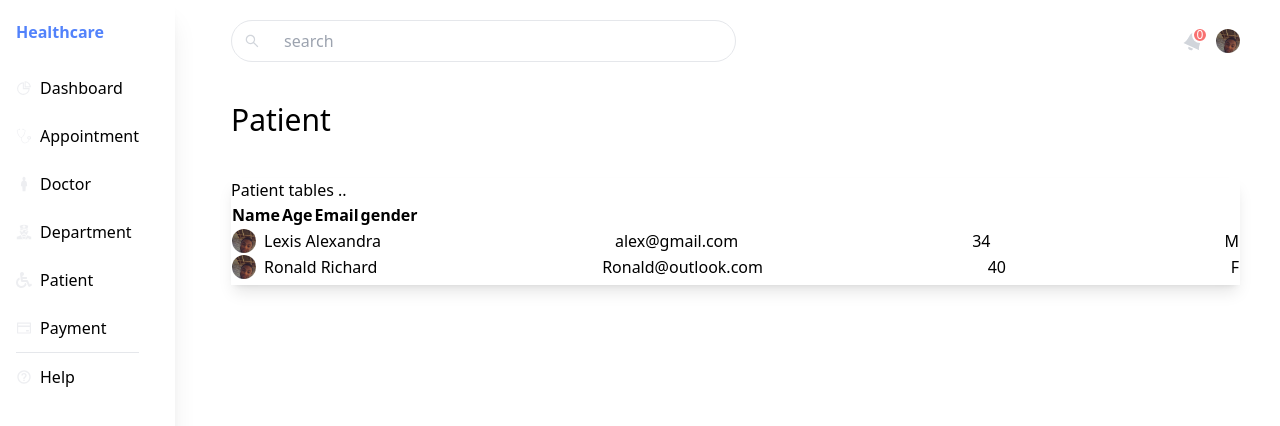
Repository: hisreal123/healthcare-dashboard
Page: /patient
These files come from the project's save history. The page is drawn as it stood at one moment and after the next save; the edit follows.
The browser window is 1280 px wide. The pictures show the whole page.
The project was rebuilt for these pictures with package versions that can differ from the ones it lists, and the page was loaded fresh each time. Also part of the build but not shown: vite.config.ts, src/routes/Error.tsx, src/views/Dashboard.tsx, components/tables/AppointementTable.tsx, src/views/Appointment.tsx, src/views/Doctor.tsx, src/views/Department.tsx, src/views/Payment.tsx and 1 more.

Above is the page before, as saved 2023-05-05 19:06:23.

### src/main.tsx
import React from 'react'
import ReactDOM from 'react-dom/client'
import App from './App.tsx'
import './index.css'


ReactDOM.createRoot(document.getElementById('root') as HTMLElement).render(
  <React.StrictMode>
    <App />
  </React.StrictMode>,
)

### src/App.tsx
import React from "react"
import {
  createBrowserRouter,
  RouterProvider,
} from "react-router-dom";
import Navigation from "../components/Navigation";
import Error from "./routes/Error";
import Dashboard from "./views/Dashboard";
import Appointment from "./views/Appointment";
import Doctor from "./views/Doctor";
import Department from "./views/Department";
import Patient from "./views/Patient";
import Payment from "./views/Payment";
import Help from "./views/Help";
import { Provider } from "react-redux";
import store from '../redux/store';

const router = createBrowserRouter([
  {
    path: "/",
    element: <Navigation />,
    errorElement: <Error />,

    children: [
      {
        path: "/dashboard",
        element: <Dashboard />,
      },
      {
        path: "/appointment",
        element: <Appointment />,
      },
      {
        path: "/doctor",
        element: <Doctor />,
      },
      {
        path: "/department",
        element: <Department />,
      },
      {
        path: "/patient",
        element: <Patient />,
      },
      {
        path: "/payment",
        element: <Payment />,
      },
      {
        path: "/help",
        element: <Help />,
      },
    ]

  }
]);



function App() {
  return (
    <Provider store={store}>
      <RouterProvider router={router} />
    </Provider>
  )
}

export default App

### components/Navigation.tsx
import { Outlet } from "react-router-dom";
import { list } from "../src/data/Links";

export default function Navigation() {

    return (
        <>
            <section className="flex space-x-4">
                <div id="sidebar" className="  h-screen shadow-xl group">
                    <div className="px-4 ">

                        {/* logo */}
                        <div >
                            <h1 className="py-5 text-[#5282FB] font-bold">Healthcare</h1>
                        </div>

                        {/* nav */}
                        <nav className="relative pr-5 ">
                            <ul className="relative">
                                {list.map((list, index) => {
                                    return (
                                        <li key={index} className="flex space-x-2 items-center py-3 last:border-t ">
                                            <span className="text-gray-200/70 text-md ">{list.icon}</span>
                                            <a href={`./${list.link}`} className="focus:text-[#5282FB] ">{list.name}</a>
                                        </li>
                                    )
                                })}
                            </ul>
                        </nav>
                    </div>
                </div>
                <div id="detail" className="relative w-full"><Outlet /></div>
            </section>
        </>
    );
}

### src/views/Patient.tsx
import React from 'react'
import ProfileHeader from '../../components/holders/ProfileHeader'
import PatientTable from '../../components/tables/PatientsTable'


export default function Patient() {
    return (
        <>
            <section
                className=" px-10 pt-5 w-full relative">
                <ProfileHeader />

                <main className="div mt-10">
                    <h1 className='lg:text-3xl'> Patient</h1>
                    <PatientTable />
                </main>
            </section>
        </>
    )
}

### redux/store.js
import { configureStore } from "@reduxjs/toolkit";
import AppointmentReducer from "./slices/Appointment";
import patientsReducer from "./slices/Patient";



const store = configureStore({
    reducer : {
        appointments:  AppointmentReducer,
        patients:  patientsReducer,
    }
})


export default store

### src/data/Links.tsx
import { Home, BarChart2 } from 'react-feather';
import { GiStethoscope, GiPerson, GiNurseMale } from 'react-icons/gi'
import { FaWheelchair } from 'react-icons/fa'
import { AiOutlineCreditCard, AiOutlinePieChart } from 'react-icons/ai'
import { BiHelpCircle } from 'react-icons/bi'


type Class  = {
    id: number,
    icon: any,
    name:  string,
    link: string
}


export const list: Class[]= [
    {
        id: 1,
        icon: <AiOutlinePieChart />,
        name: 'Dashboard',
        link: './dashboard',
    },
    {
        id: 2,
        icon: <GiStethoscope />,
        name: 'Appointment',
        link: './Appointment',
    },
    {
        id: 3,
        icon: <GiPerson />,
        name: 'Doctor',
        link: './doctor',
    },
    {
        id: 4,
        icon: <GiNurseMale />,
        name: 'Department',
        link: './department',
    },
    {
        id: 5,
        icon: <FaWheelchair />,
        name: 'Patient',
        link: './patient',
    },
    {
        id: 6,
        icon: <AiOutlineCreditCard />,
        name: 'Payment',
        link: './payment',
    },
    {
        id: 7,
        icon: <BiHelpCircle />,
        name: 'Help',
        link: './help',
    },
]

### components/holders/ProfileHeader.tsx
import React from 'react'
import SearchBar from '../Misc/SearchBar'
import { BsFillBellFill } from 'react-icons/bs'



type ImageWrapperProp = {
    ImageWrapperStyle?: string
}
export const ImageWrapper = ({ ImageWrapperStyle }: ImageWrapperProp) => {
    return (
        <>
            <div className={` ${ImageWrapperStyle} cursor-pointer h-6 w-6 overflow-hidden rounded-full bg-black hover:h-6 hover:w-6`}>
                <img src='./profile.jpg' alt="" className='object-center ' />
            </div>
        </>
    )
}


export default function ProfileHeader() {

    const count = 0
    return (
        <>
            <section className='flex items-center justify-between relative w-full'>

                <SearchBar />

                <div className="right flex  items-center space-x-3">

                    <span className='relative group'>
                        <BsFillBellFill className=" cursor-pointer text-xl text-gray-300 rotate-[25deg] group-hover:text-gray-400" />
                        <span className=" cursor-pointer absolute -top-1 -right-1 text-xs text-white border-2 border-white  bg-red-400  group-hover:bg-red-600 rounded-full h-4 w-4  flex items-center  justify-center">
                            {count}
                        </span>
                    </span>


                    <ImageWrapper ImageWrapperStyle='' />
                </div>
            </section>
        </>
    )
}

### components/tables/PatientsTable.tsx
import React, { Fragment } from 'react'
import { useSelector } from 'react-redux'
import { selectAllPatient } from '../../redux/slices/Patient'
import { ImageWrapper } from '../holders/ProfileHeader'


type PatientTableProps = {
    patientStyle?: string
}


export default function PatientTable({ patientStyle }: PatientTableProps) {

    const patients: any = useSelector(selectAllPatient);
    console.log(patients)


    const PatientList = patients.map((patient: any, index: number) => {
        return (
            <>
                <tr key={index} className="flex-1 w-full flex relative justify-between">
                    <td className='flex item-center space-x-2'>
                        <ImageWrapper />
                        <span>
                            {patient.name}
                        </span>
                    </td>
                    <td>{patient.email}</td>
                    <td>{patient.age}</td>
                    <td>{patient.gender}</td>
                </tr>
            </>
        )
    })


    const PTable = () => {
        return (
            <>
                <table className="relative w-full  inline-block">
                    <tr className='flex-1 w-fullflex relative justify-between'>
                        <th>Name</th>
                        <th>Age</th>
                        <th>Email</th>
                        <th>gender</th>
                    </tr>
                    {PatientList}
                </table>
            </>
        )
    }


    return (
        <>
            <section className={`${patientStyle} mt-10 bg-white shadow-lg relative`}>
                <h1> Patient tables ..</h1>
                <PTable />
            </section>
        </>
    )
}

### redux/slices/Appointment.js
import { createSlice } from "@reduxjs/toolkit";
import { sub } from "date-fns";

// const GENDER =  'M' || 'F',

// const userType = {
//     id: String,
//     name: String,
//     gender: String,
//     age: Number,
//     email:String
// }


const initialState = [

]



const appointmentsSlice = createSlice({
    name: 'appointments',
    initialState,
    reducers : {
        createAppointment (state, action ){
            state.push(action.payload)
        }
    }
})


export const createAppointment = appointmentsSlice.actions
export default appointmentsSlice.reducer

### redux/slices/Patient.js
import { createSlice } from "@reduxjs/toolkit";

const initialState = [
    {
        id:'1',
        image: '../profile.jpg',
        name: 'Lexis Alexandra',
        gender: 'M',
        age: 34,
        email: 'alex@gmail.com'
    },
    {
        id:'2',
        image: '../profile.jpg',
        name: 'Ronald Richard',
        gender: 'F',
        age: 40,
        email: 'Ronald@outlook.com'
    },
];

const patientsSlice = createSlice({
    name: 'patients',
    initialState,
    reducers: {
        addPatient(state, action) {
            state.push(action.payload);
        },
    },
});

export const selectAllPatient = (state) => state.patients;
export const { addPatient } = patientsSlice.actions;
export default patientsSlice.reducer;

### components/Misc/SearchBar.tsx
import React from 'react'
import { AiOutlineSearch } from 'react-icons/ai'

type SearchProps = {
    SearchStyle?: string
}

export default function SearchBar({ SearchStyle }: SearchProps) {
    const [name, setName] = React.useState('');



    const handleSearchClicked = (e: any) => {
        setName(e.target.value)
        console.log(name)
    }

    const handleFormSearch = (e: any) => {
        e.preventDefault()
        console.log(name)

        setName('')
    }
    return (
        <>
            <div className="search flex rounded-3xl overflow-hidden border items-center  w-1/2 ">
                <form className='flex items-center' onSubmit={handleFormSearch}>
                    <span className='px-3 relative'>
                        <AiOutlineSearch className="text-gray-300" onClick={handleSearchClicked} />
                    </span>
                    <input
                        type="text"
                        placeholder='search'
                        className={`${SearchStyle}  outline-none w-full py-2 pl-3 `}
                        aria-expanded
                        value={name}
                        onChange={handleSearchClicked}
                    />
                </form>
            </div>
        </>
    )
}

### tailwind.config.js
/** @type {import('tailwindcss').Config} */
export default {
   content: [
    "./index.html",
    "./src/**/*.{js,ts,jsx,tsx}",
    "./components/**/*.{js,ts,jsx,tsx}",
  ],
  theme: {
    extend: {},
  },
  plugins: [],
}

Loaded but not shown: index.html (common file); src/index.css (common file)

After the next save:
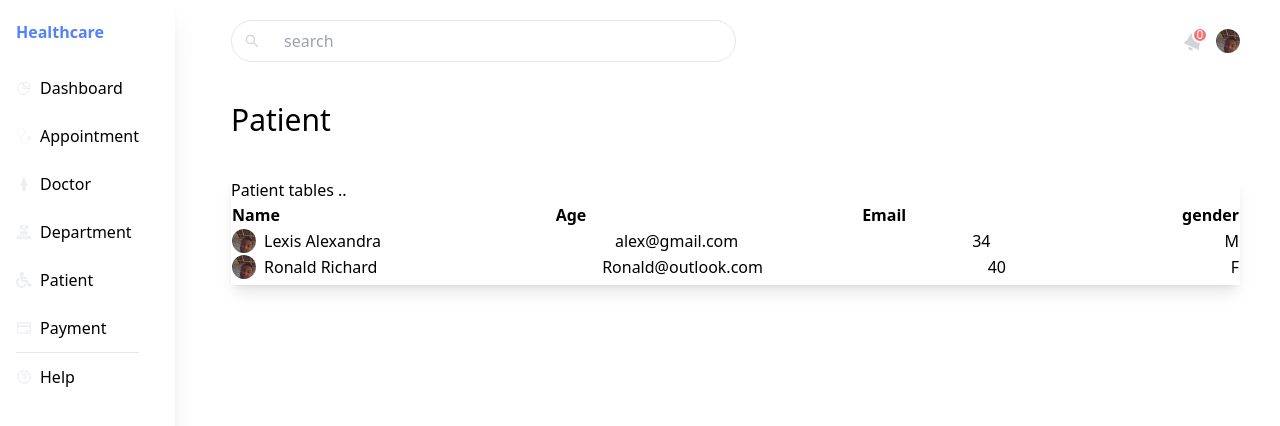
Saved 5 s later.
--- a/components/tables/PatientsTable.tsx
+++ b/components/tables/PatientsTable.tsx
@@ -38,7 +38,7 @@
         return (
             <>
                 <table className="relative w-full  inline-block">
-                    <tr className='flex-1 w-fullflex relative justify-between'>
+                    <tr className='flex-1 w-full flex relative justify-between'>
                         <th>Name</th>
                         <th>Age</th>
                         <th>Email</th>

After the 2 saves that followed:
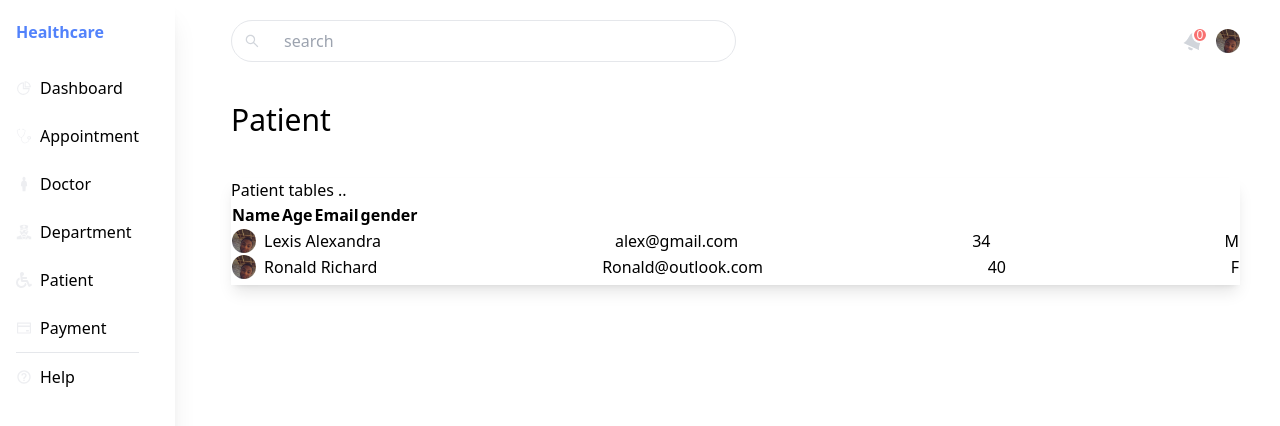
The 2 saves are shown as one change because they came seconds apart.
The last was saved 4 min 10 s later.
--- a/components/tables/PatientsTable.tsx
+++ b/components/tables/PatientsTable.tsx
@@ -38,12 +38,15 @@
         return (
             <>
                 <table className="relative w-full  inline-block">
-                    <tr className='flex-1 w-full flex relative justify-between'>
-                        <th>Name</th>
-                        <th>Age</th>
-                        <th>Email</th>
-                        <th>gender</th>
-                    </tr>
+                    <thead>
+
+                        <tr className='flex-1 w-full flex relative justify-between'>
+                            <th>Name</th>
+                            <th>Age</th>
+                            <th>Email</th>
+                            <th>gender</th>
+                        </tr>
+                    </thead>
                     {PatientList}
                 </table>
             </>
